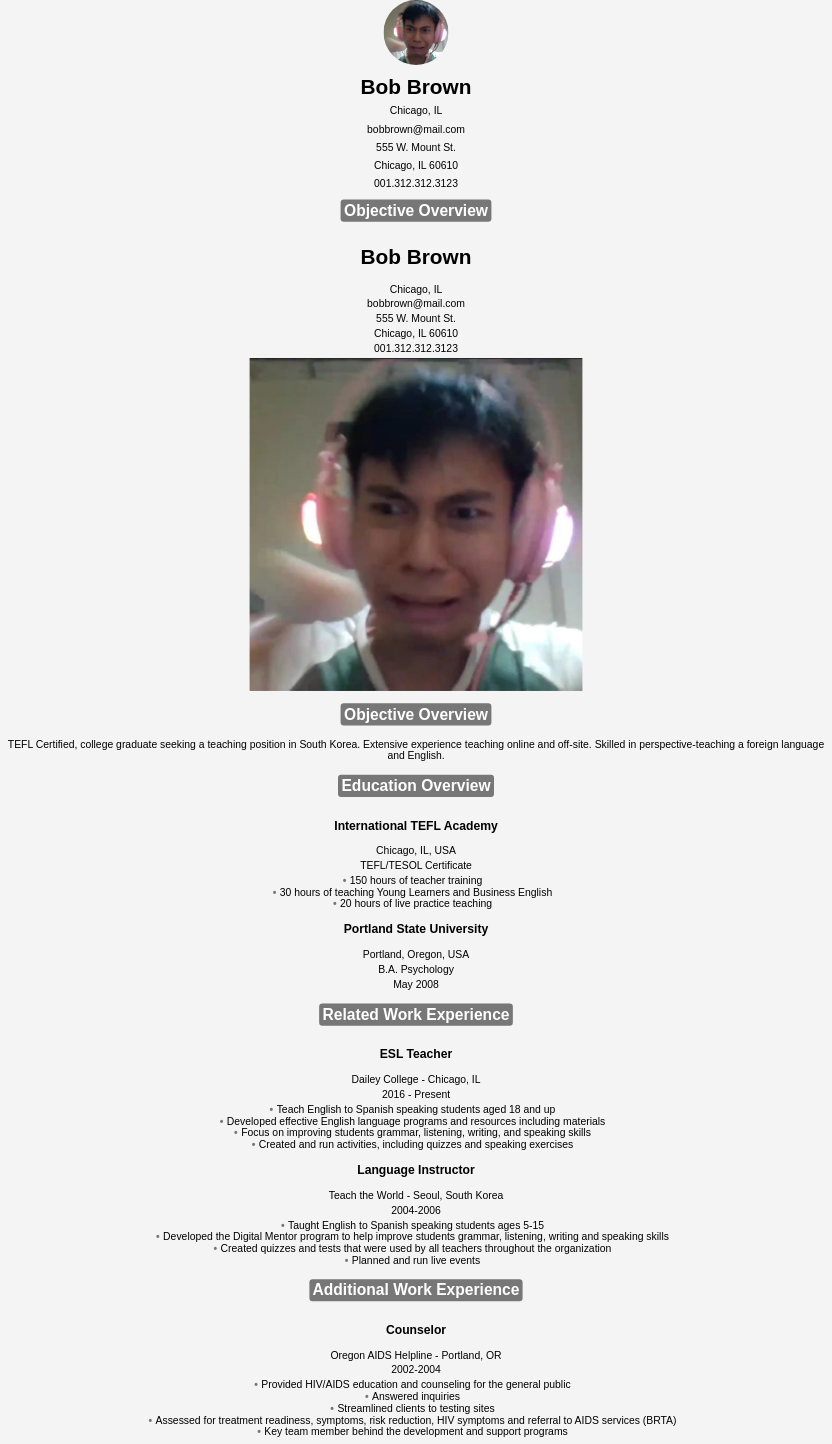
Repository: Gibekkk/WebPro
Page: Tugas Lab 1 (2)/index.html
The author's editor kept a copy of each file at every save. The page is drawn from the files as they stood at one save, then again after the next save.
The browser window is 1280 px wide. The pictures show the whole page, at 65% of full size.

Above is the page before, as saved 2024-03-25 13:20:57.

### Tugas Lab 1 (2)/index.html
<!DOCTYPE html>
<html lang="en">
<head>
<meta charset="UTF-8">
<meta name="viewport" content="width=device-width, initial-scale=1.0">
<title>Resume</title>
<style>
  body {
    font-family: Arial, sans-serif;
    margin: 0;
    padding: 0;
    background-color: #f4f4f4;
  }
  .header {
    display: flex;
    justify-content: center;
    align-items: center;
    flex-direction: column;
  }
  .header img {
    width: 100px;
    height: 100px;
    border-radius: 50%;
    margin-bottom: 10px;
  }
  .header h1, .header p {
    margin: 5px 0;
    text-align: center;
  }
  .section {
    margin-top: 10px;
    text-align: center;
  }
  .section-title {
    background-color: #777;
    color: white;
    padding: 3px 5px;
    margin: 10px auto;
    width: fit-content;
    border-radius: 5px;
  }
  .section-content {
    padding: 5px;
  }
  .section-content p, .section-content ul {
    margin: 5px 0;
  }
  .section-content ul {
    list-style-type: none;
    padding: 0;
  }
  .section-content ul li:before {
    content: "•";
    color: #777;
    font-weight: bold;
    display: inline-block;
    width: 1em;
    margin-left: -1em;
  }
</style>
</head>
<body>
  <div class="header">
    <img src="javin.jpg" alt="Bob Brown">
    <h1>Bob Brown</h1>
    <p>Chicago, IL</p>
    <p>bobbrown@mail.com</p>
    <p>555 W. Mount St.</p>
    <p>Chicago, IL 60610</p>
    <p>001.312.312.3123</p>
  </div>
  <div class="section">
    <h2 class="section-title">Objective Overview</h2>
    <div class="section-content">
    <div>
      <h1>Bob Brown</h1>
      <p>Chicago, IL</p>
      <p>bobbrown@mail.com</p>
      <p>555 W. Mount St.</p>
      <p>Chicago, IL 60610</p>
      <p>001.312.312.3123</p>
    </div>
    <div class="contact-info">
      <img src="javin.jpg" alt="Bob Brown">
    </div>
  </div>
  <div class="section">
    <h2 class="section-title">Objective Overview</h2>
    <div class="section-content">
      <p>TEFL Certified, college graduate seeking a teaching position in South Korea. Extensive experience teaching online and off-site. Skilled in perspective-teaching a foreign language and English.</p>
    </div>
  </div>
  <div class="section">
    <h2 class="section-title">Education Overview</h2>
    <div class="section-content">
      <h3>International TEFL Academy</h3>
      <p>Chicago, IL, USA</p>
      <p>TEFL/TESOL Certificate</p>
      <ul>
        <li>150 hours of teacher training</li>
        <li>30 hours of teaching Young Learners and Business English</li>
        <li>20 hours of live practice teaching</li>
      </ul>
      <h3>Portland State University</h3>
      <p>Portland, Oregon, USA</p>
      <p>B.A. Psychology</p>
      <p>May 2008</p>
    </div>
  </div>
  <div class="section">
    <h2 class="section-title">Related Work Experience</h2>
    <div class="section-content">
      <h3>ESL Teacher</h3>
      <p>Dailey College - Chicago, IL</p>
      <p>2016 - Present</p>
      <ul>
        <li>Teach English to Spanish speaking students aged 18 and up</li>
        <li>Developed effective English language programs and resources including materials</li>
        <li>Focus on improving students grammar, listening, writing, and speaking skills</li>
        <li>Created and run activities, including quizzes and speaking exercises</li>
      </ul>
      <h3>Language Instructor</h3>
      <p>Teach the World - Seoul, South Korea</p>
      <p>2004-2006</p>
      <ul>
        <li>Taught English to Spanish speaking students ages 5-15</li>
        <li>Developed the Digital Mentor program to help improve students grammar, listening, writing and speaking skills</li>
        <li>Created quizzes and tests that were used by all teachers throughout the organization</li>
        <li>Planned and run live events</li>
      </ul>
    </div>
  </div>
  <div class="section">
    <h2 class="section-title">Additional Work Experience</h2>
    <div class="section-content">
      <h3>Counselor</h3>
      <p>Oregon AIDS Helpline - Portland, OR</p>
      <p>2002-2004</p>
      <ul>
        <li>Provided HIV/AIDS education and counseling for the general public</li>
        <li>Answered inquiries</li>
        <li>Streamlined clients to testing sites</li>
        <li>Assessed for treatment readiness, symptoms, risk reduction, HIV symptoms and referral to AIDS services (BRTA)</li>
        <li>Key team member behind the development and support programs</li>
      </ul>
    </div>
  </div>
<!-- </div> -->
</body>
</html>

After the next save:
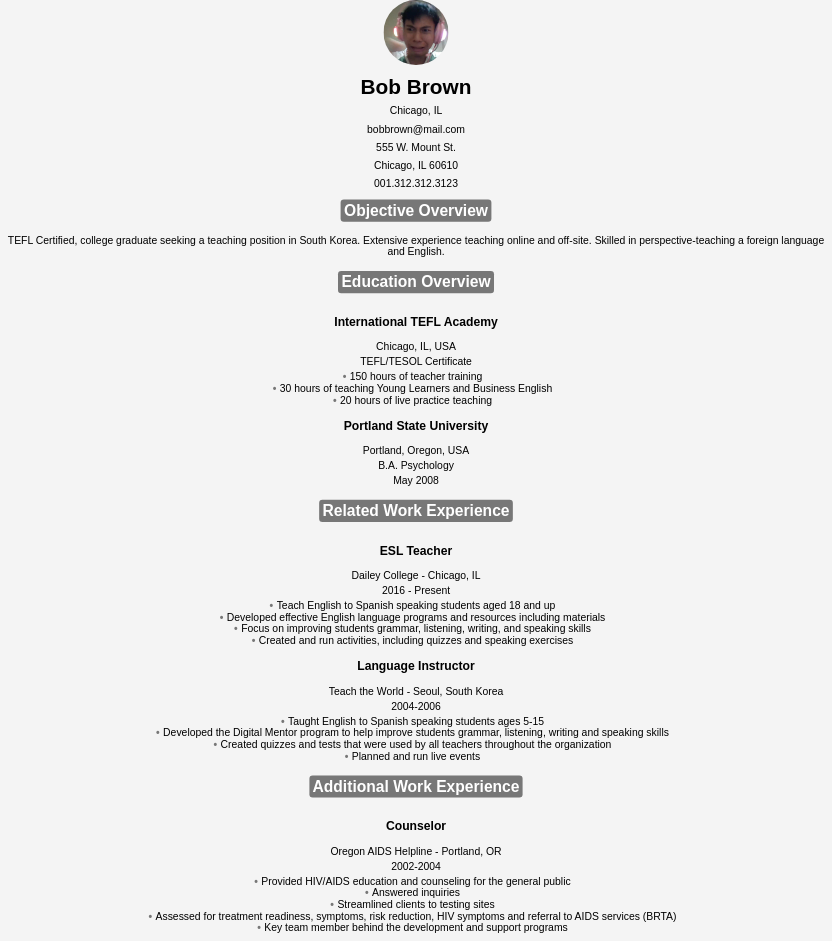
Saved 7 s later.
--- a/Tugas Lab 1 (2)/index.html
+++ b/Tugas Lab 1 (2)/index.html
@@ -72,21 +72,6 @@
   <div class="section">
     <h2 class="section-title">Objective Overview</h2>
     <div class="section-content">
-    <div>
-      <h1>Bob Brown</h1>
-      <p>Chicago, IL</p>
-      <p>bobbrown@mail.com</p>
-      <p>555 W. Mount St.</p>
-      <p>Chicago, IL 60610</p>
-      <p>001.312.312.3123</p>
-    </div>
-    <div class="contact-info">
-      <img src="javin.jpg" alt="Bob Brown">
-    </div>
-  </div>
-  <div class="section">
-    <h2 class="section-title">Objective Overview</h2>
-    <div class="section-content">
       <p>TEFL Certified, college graduate seeking a teaching position in South Korea. Extensive experience teaching online and off-site. Skilled in perspective-teaching a foreign language and English.</p>
     </div>
   </div>
@@ -145,6 +130,5 @@
       </ul>
     </div>
   </div>
-<!-- </div> -->
 </body>
 </html>
